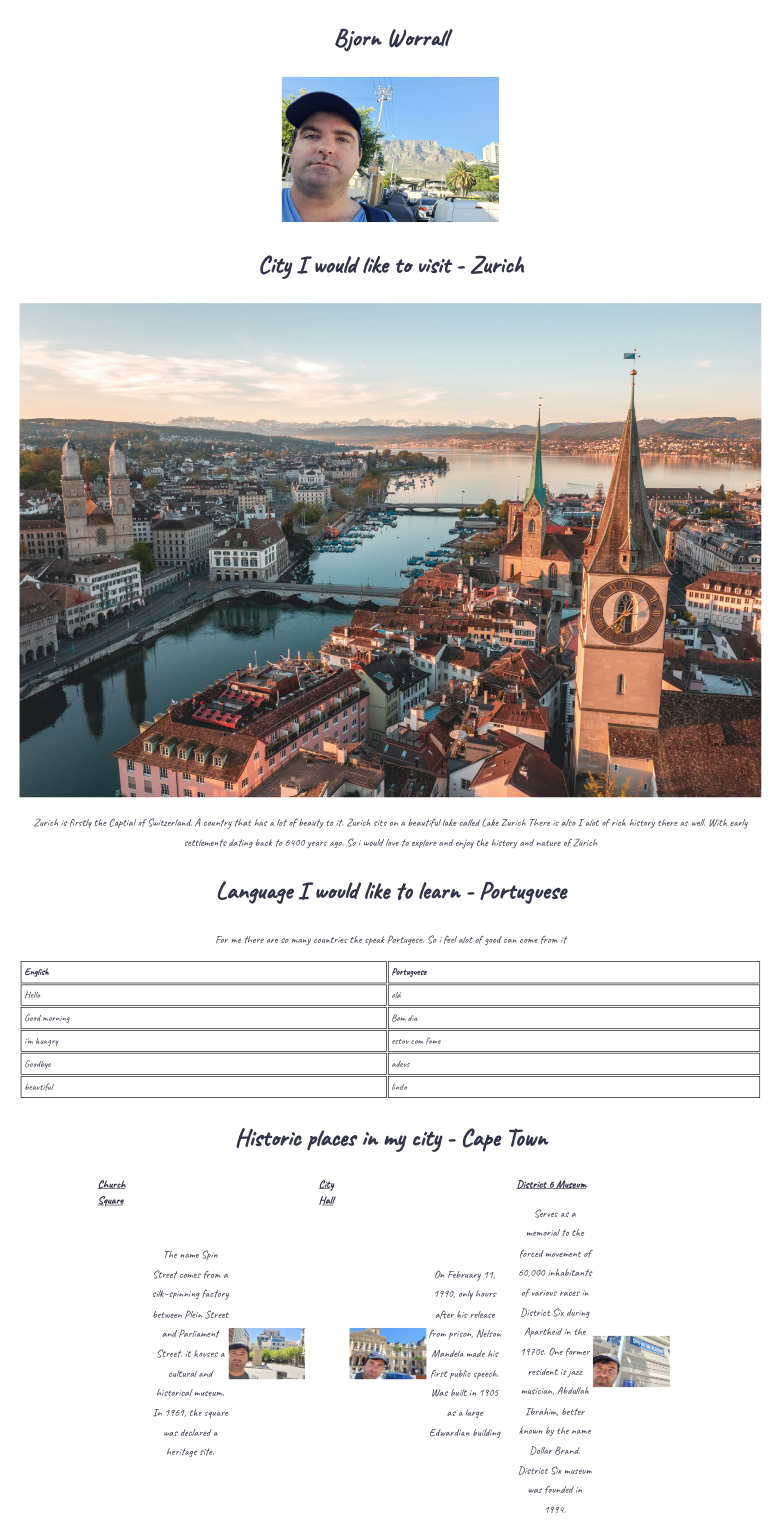
Repository: lasity34/basic-webpage
Page: my - webpage - grid.html
An editor plug-in stored every save of this project. The page is shown before and after the next save, followed by the edit.
The browser window is 1280 px wide. The pictures show the whole page, at 61% of full size.

Above is the page before, as saved 2023-03-06 16:00:02.

After the next save:
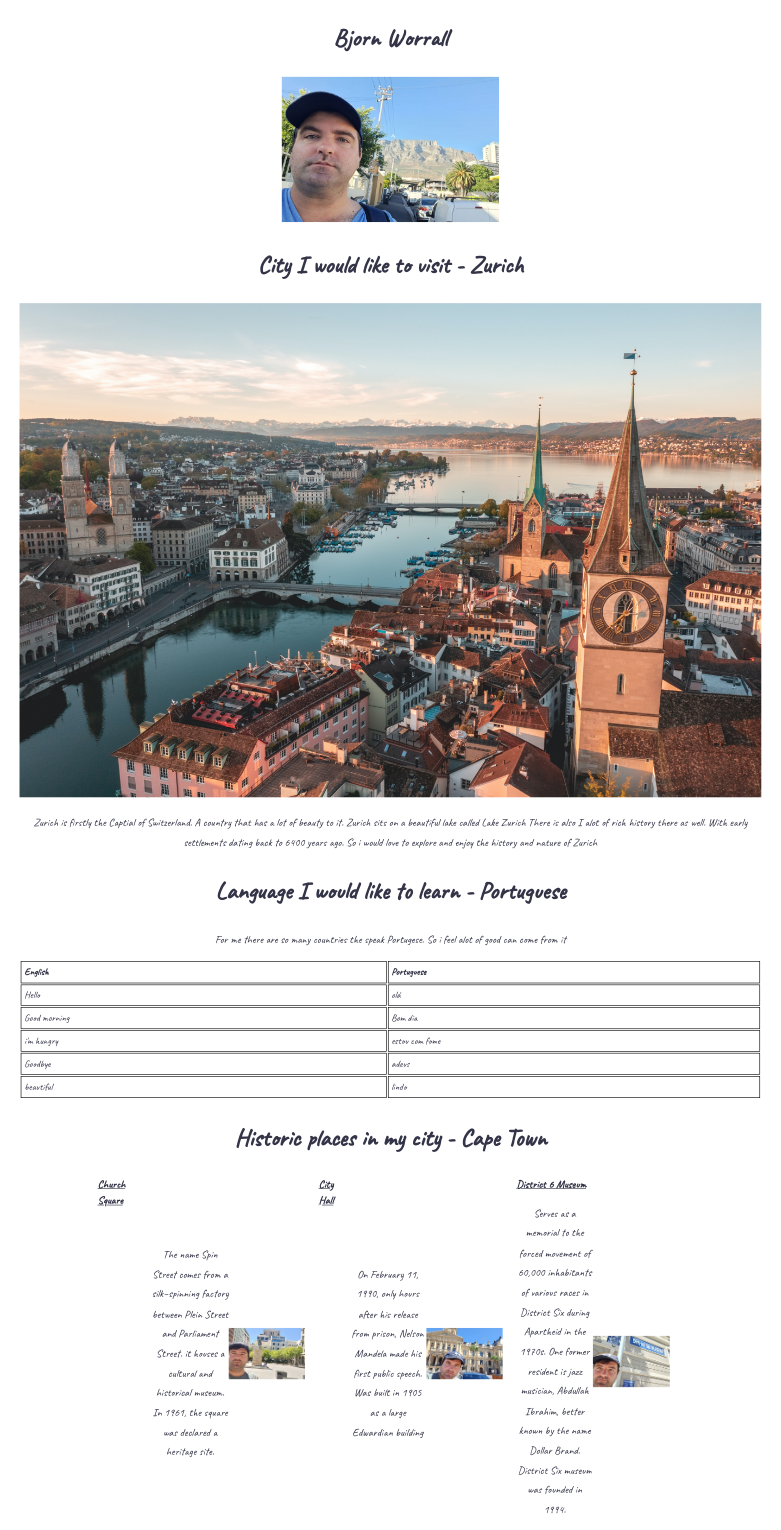
Saved 45 s later.
--- a/simple-grid.css
+++ b/simple-grid.css
@@ -283,6 +283,10 @@ th {
   display: flex;
 }
 
+#places_info_hall {
+  order: -1;
+}
+
 @media (max-width: 447px) {
 
 
